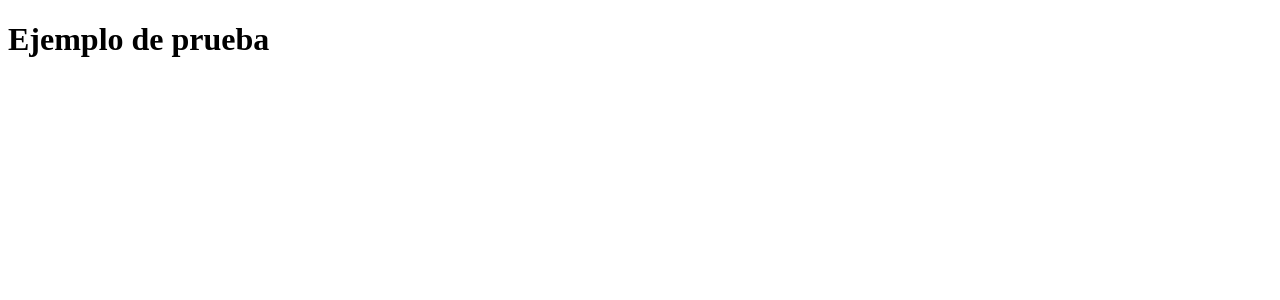
Repository: adrian110702/Myweb
Page: web.html
An editor plug-in stored every save of this project. The page is shown before and after the next save, followed by the edit.
The browser window is 1280 px wide. The pictures show the whole page.

Above is the page before, as saved 2024-05-30 13:37:08.

After the next save:
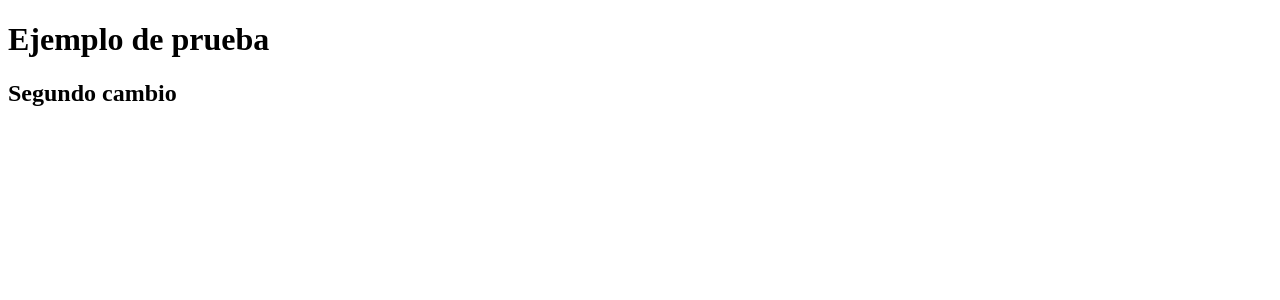
Saved 33 h 55 min later.
--- a/web.html
+++ b/web.html
@@ -7,6 +7,7 @@
     <body>
         <div>
             <h1>Ejemplo de prueba</h1>
+            <h2>Segundo cambio</h2>
         </div>
     </body>
 </html>
